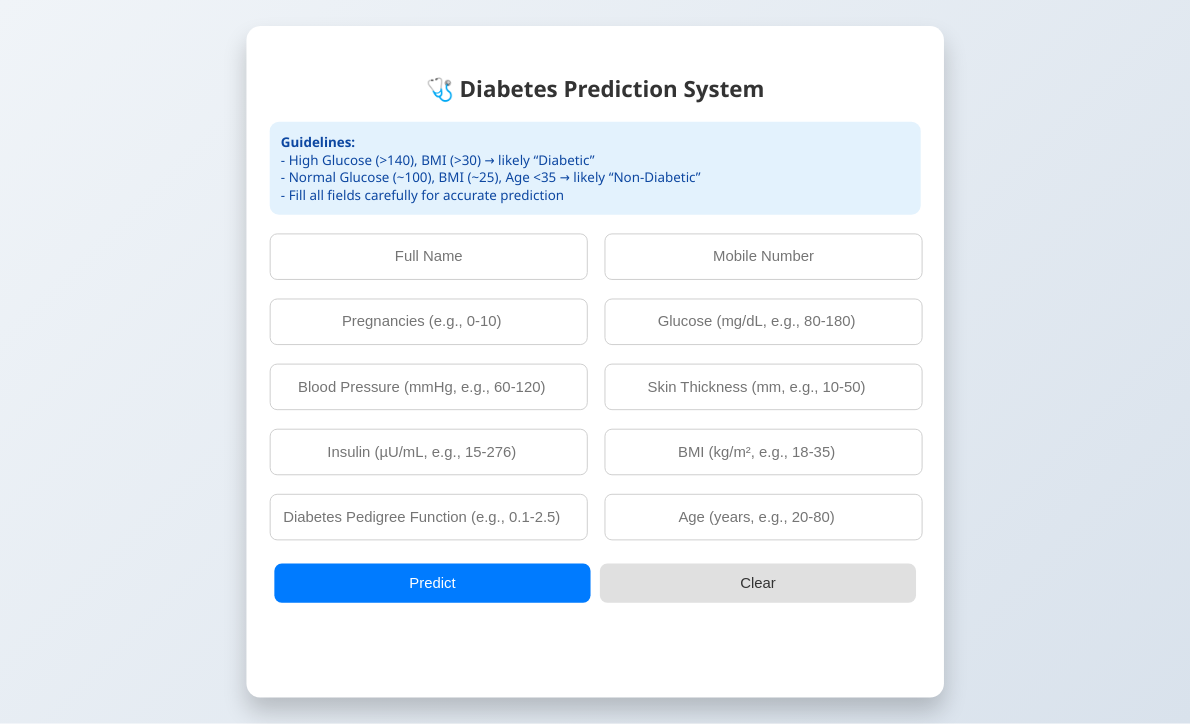
Repository: Aman14150/diabetes-prediction-system
Page: http://localhost/
These files come from the project's save history. The page is drawn as it stood at one moment and after the next save; the edit follows.
The browser window is 1280 px wide. The pictures show the whole page, at 93% of full size.
The page is served by the project's application, run on Flask 3 (app.py).

Above is the page before, as saved 2025-10-07 19:34:04.

After the next save:
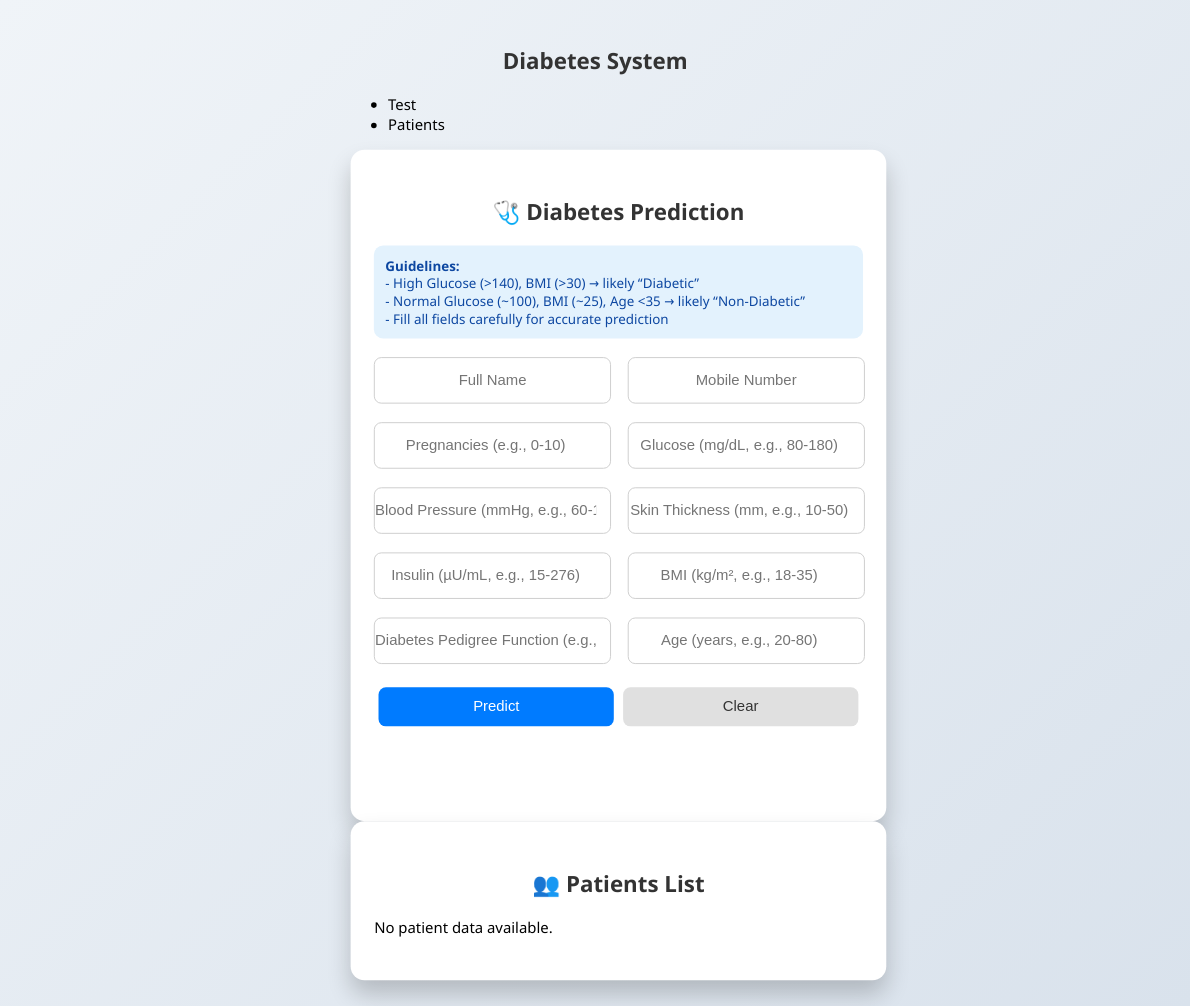
Saved 2 min 44 s later.
--- a/templates/index.html
+++ b/templates/index.html
@@ -2,49 +2,111 @@
 <html lang="en">
 <head>
     <meta charset="UTF-8">
-    <title>Diabetes Prediction</title>
+    <title>Diabetes Prediction Dashboard</title>
     <link rel="stylesheet" href="{{ url_for('static', filename='style.css') }}">
 </head>
-
 <body>
-    <div class="card">
-        <h2>🩺 Diabetes Prediction System</h2>
-
-        <div class="guidelines">
-            <strong>Guidelines:</strong><br>
-            - High Glucose (>140), BMI (>30) → likely “Diabetic”<br>
-            - Normal Glucose (~100), BMI (~25), Age <35 → likely “Non-Diabetic”<br>
-            - Fill all fields carefully for accurate prediction
+    <div class="dashboard">
+        <!-- Sidebar -->
+        <div class="sidebar">
+            <h2>Diabetes System</h2>
+            <ul>
+                <li id="testTab" class="active">Test</li>
+                <li id="patientsTab">Patients</li>
+            </ul>
         </div>
 
-        <form id="diabetesForm" action="/predict" method="post">
-            <input type="text" name="name" placeholder="Full Name" required>
-            <input type="tel" name="mobile" placeholder="Mobile Number" required>
-            <input type="number" name="Pregnancies" placeholder="Pregnancies (e.g., 0-10)" step="any" required>
-            <input type="number" name="Glucose" placeholder="Glucose (mg/dL, e.g., 80-180)" step="any" required>
-            <input type="number" name="BloodPressure" placeholder="Blood Pressure (mmHg, e.g., 60-120)" step="any" required>
-            <input type="number" name="SkinThickness" placeholder="Skin Thickness (mm, e.g., 10-50)" step="any" required>
-            <input type="number" name="Insulin" placeholder="Insulin (µU/mL, e.g., 15-276)" step="any" required>
-            <input type="number" name="BMI" placeholder="BMI (kg/m², e.g., 18-35)" step="any" required>
-            <input type="number" name="DiabetesPedigreeFunction" placeholder="Diabetes Pedigree Function (e.g., 0.1-2.5)" step="any" required>
-            <input type="number" name="Age" placeholder="Age (years, e.g., 20-80)" step="any" required>
+        <!-- Main Content -->
+        <div class="main-content">
+            <!-- Test Form -->
+            <div id="testContent" class="content active">
+                <div class="card">
+                    <h2>🩺 Diabetes Prediction</h2>
+                    <div class="guidelines">
+                        <strong>Guidelines:</strong><br>
+                        - High Glucose (>140), BMI (>30) → likely “Diabetic”<br>
+                        - Normal Glucose (~100), BMI (~25), Age <35 → likely “Non-Diabetic”<br>
+                        - Fill all fields carefully for accurate prediction
+                    </div>
 
-            <div class="button-group">
-                <button type="submit" id="predictBtn">Predict</button>
-                <button type="button" id="clearBtn">Clear</button>
+                    <form id="diabetesForm" action="/predict" method="post">
+                        <input type="text" name="name" placeholder="Full Name" required>
+                        <input type="tel" name="mobile" placeholder="Mobile Number" required>
+                        <input type="number" name="Pregnancies" placeholder="Pregnancies (e.g., 0-10)" step="any" required>
+                        <input type="number" name="Glucose" placeholder="Glucose (mg/dL, e.g., 80-180)" step="any" required>
+                        <input type="number" name="BloodPressure" placeholder="Blood Pressure (mmHg, e.g., 60-120)" step="any" required>
+                        <input type="number" name="SkinThickness" placeholder="Skin Thickness (mm, e.g., 10-50)" step="any" required>
+                        <input type="number" name="Insulin" placeholder="Insulin (µU/mL, e.g., 15-276)" step="any" required>
+                        <input type="number" name="BMI" placeholder="BMI (kg/m², e.g., 18-35)" step="any" required>
+                        <input type="number" name="DiabetesPedigreeFunction" placeholder="Diabetes Pedigree Function (e.g., 0.1-2.5)" step="any" required>
+                        <input type="number" name="Age" placeholder="Age (years, e.g., 20-80)" step="any" required>
+
+                        <div class="button-group">
+                            <button type="submit" id="predictBtn">Predict</button>
+                            <button type="button" id="clearBtn">Clear</button>
+                        </div>
+
+                        {% if prediction_text %}
+                        <div class="prediction">{{ prediction_text }}</div>
+                        {% else %}
+                        <div class="prediction">&nbsp;</div>
+                        {% endif %}
+                    </form>
+                </div>
             </div>
 
-            {% if prediction_text %}
-            <div class="prediction">{{ prediction_text }}</div>
-            {% else %}
-            <div class="prediction">&nbsp;</div> <!-- Blank initially -->
-            {% endif %}
-        </form>
+            <!-- Patients Table -->
+            <div id="patientsContent" class="content">
+                <div class="card">
+                    <h2>👥 Patients List</h2>
+                    {% if patient_data %}
+                    <table>
+                        <thead>
+                            <tr>
+                                {% for col in patient_columns %}
+                                <th>{{ col }}</th>
+                                {% endfor %}
+                            </tr>
+                        </thead>
+                        <tbody>
+                            {% for row in patient_data %}
+                            <tr>
+                                {% for item in row %}
+                                <td>{{ item }}</td>
+                                {% endfor %}
+                            </tr>
+                            {% endfor %}
+                        </tbody>
+                    </table>
+                    {% else %}
+                    <p>No patient data available.</p>
+                    {% endif %}
+                </div>
+            </div>
+        </div>
     </div>
 
     <script>
-        // Clear button functionality
-        document.getElementById('clearBtn').addEventListener('click', function () {
+        const testTab = document.getElementById('testTab');
+        const patientsTab = document.getElementById('patientsTab');
+        const testContent = document.getElementById('testContent');
+        const patientsContent = document.getElementById('patientsContent');
+
+        testTab.addEventListener('click', () => {
+            testTab.classList.add('active');
+            patientsTab.classList.remove('active');
+            testContent.classList.add('active');
+            patientsContent.classList.remove('active');
+        });
+
+        patientsTab.addEventListener('click', () => {
+            patientsTab.classList.add('active');
+            testTab.classList.remove('active');
+            patientsContent.classList.add('active');
+            testContent.classList.remove('active');
+        });
+
+        document.getElementById('clearBtn').addEventListener('click', () => {
             document.getElementById('diabetesForm').reset();
         });
     </script>
